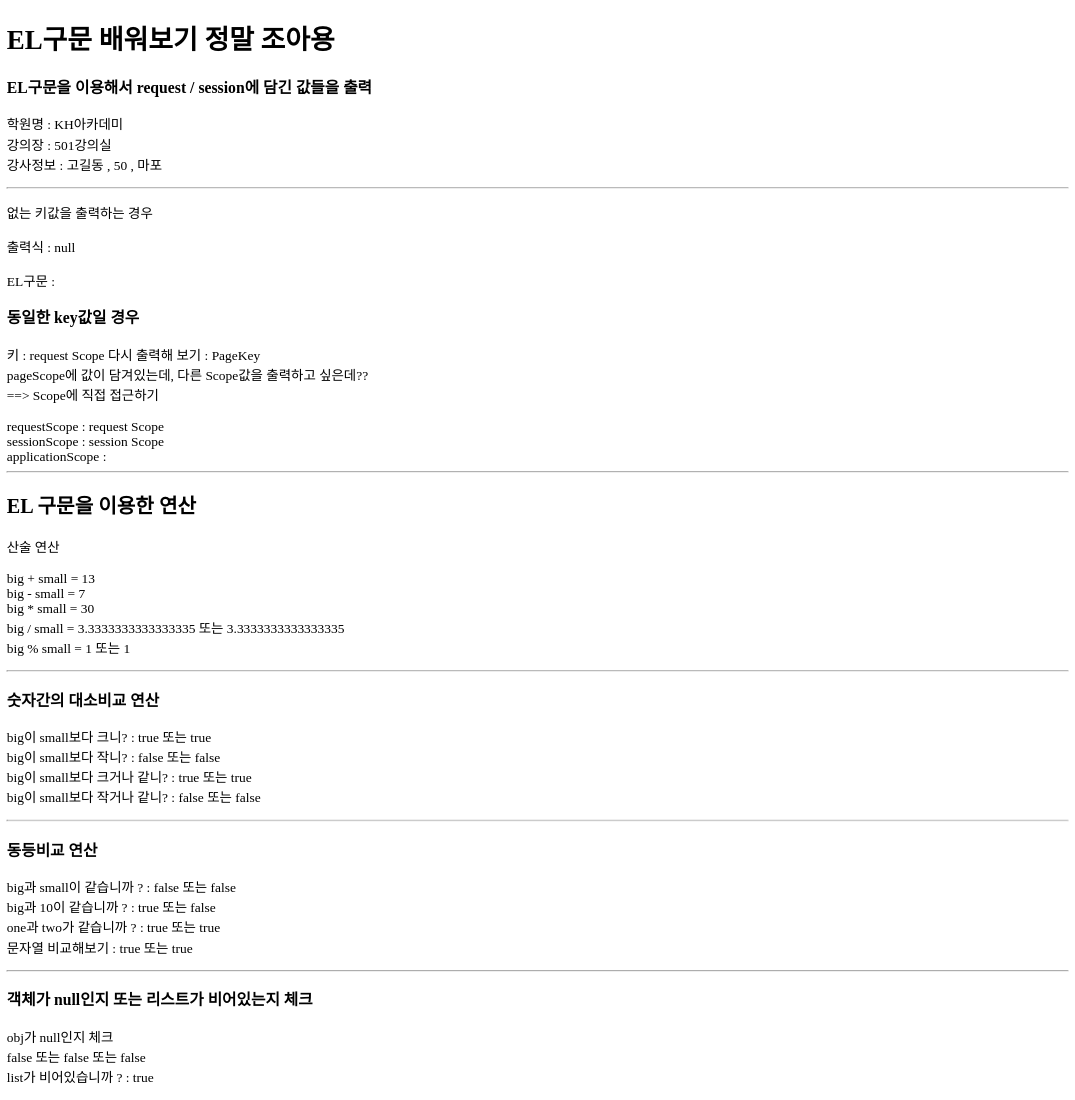
Repository: rlaehqkf/java_practice
Page: http://localhost/ActionProject/el.do
The author's editor kept a copy of each file at every save. The page is drawn from the files as they stood at one save, then again after the next save.
The browser window is 1280 px wide. The pictures show the whole page, at 84% of full size.
The page is served by Tomcat 9.

Above is the page before, as saved 2026-05-06 06:43:23.

After the next save:
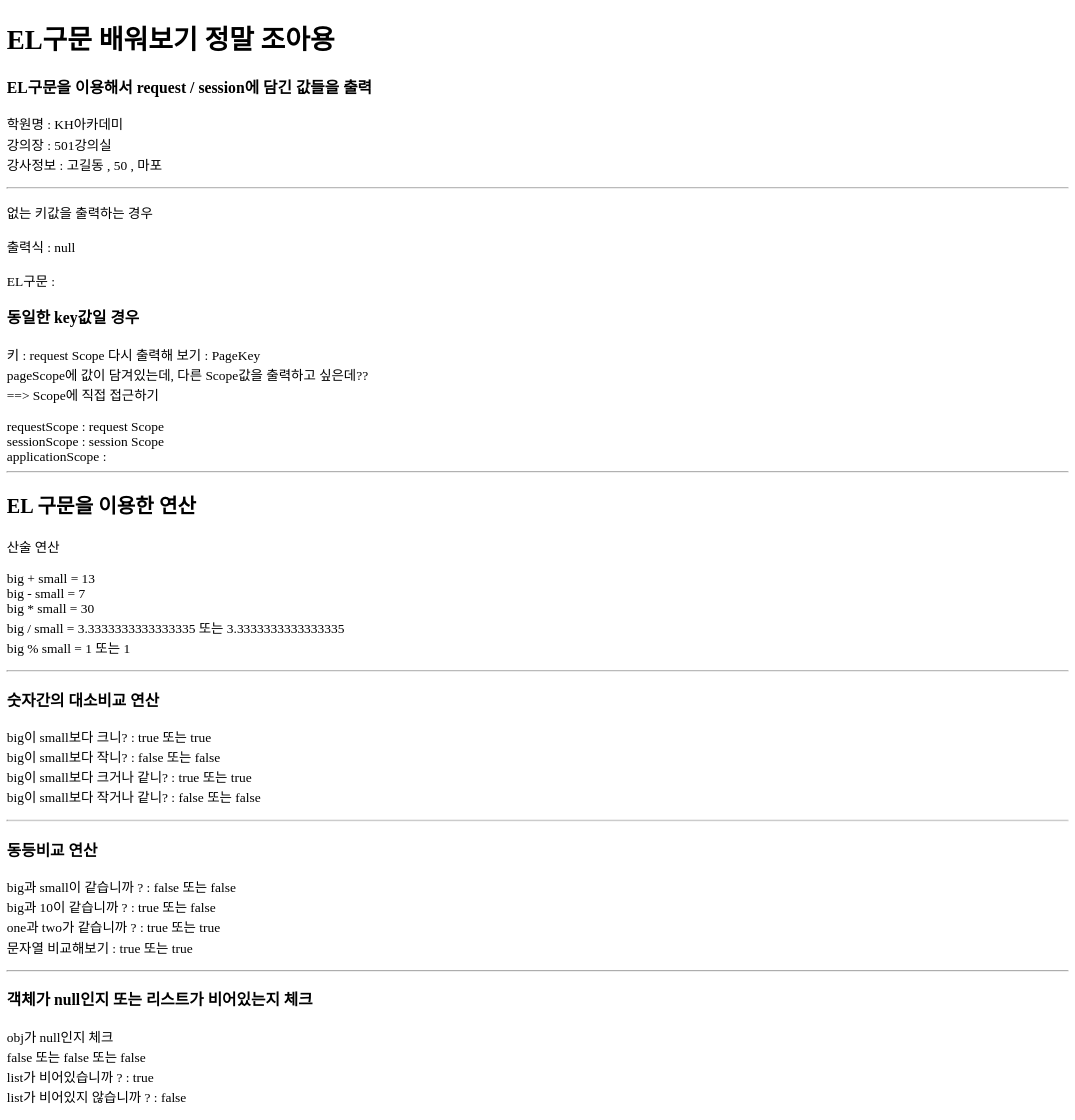
Saved 17 s later.
--- a/ActionProject/src/main/webapp/WEB-INF/views/01_el.jsp
+++ b/ActionProject/src/main/webapp/WEB-INF/views/01_el.jsp
@@ -138,6 +138,7 @@
 		${ obj == null } 또는 ${ obj eq null } 또는 ${ empty obj } <br>
 
 		list가 비어있습니까 ? : ${ empty list } <br>
+		list가 비어있지 않습니까 ? : ${ !empty list }
 	</p>
 
 
